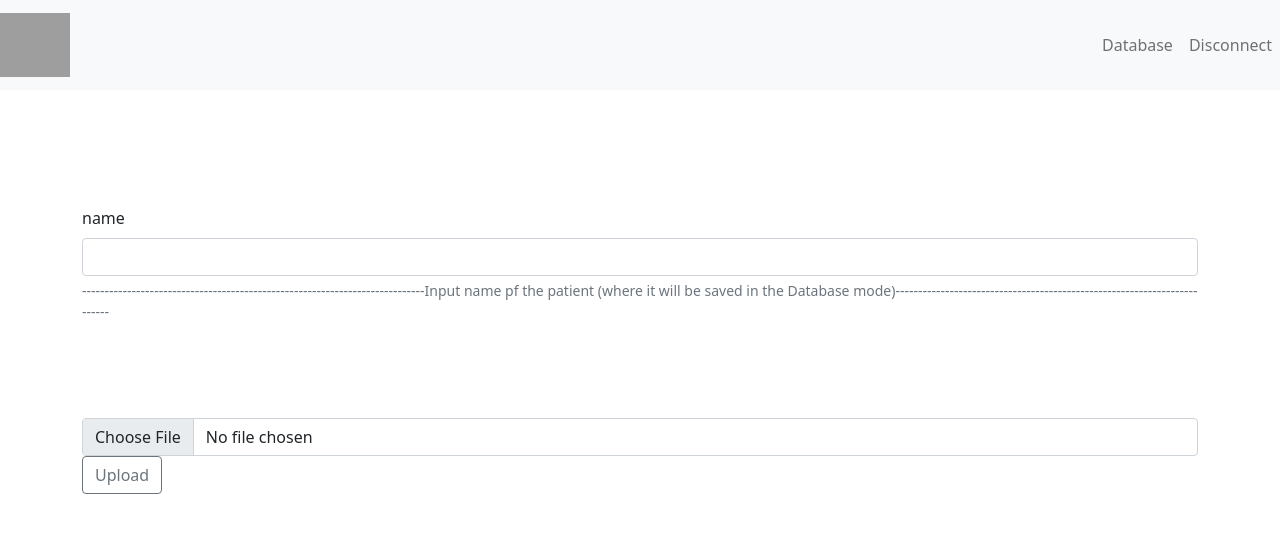
Repository: chadhaammar/Flask-app
Page: templates/index.html
The author's editor kept a copy of each file at every save. The page is drawn from the files as they stood at one save, then again after the next save.
The browser window is 1280 px wide. The pictures show the whole page.
Pictures or frames that could not be fetched are drawn as grey boxes. Some web fonts or font styles are not loaded; a fallback is used. The template is drawn by Flask 3. The application's start-up code is not run. Other server files are loaded and not shown. The template is opened directly, without the code that normally fills it, so the values that code supplies are empty.

Above is the page before, as saved 2023-05-28 00:40:39.

### templates/index.html
{% extends 'layout.html' %}
{% block body %}

    <div class="container">

        <br><br>
        <div class="input-group">
            <form action="#" method="POST" enctype="multipart/form-data" style="margin-top:20px;">
                <br>
                <br>
                <label for="exampleInputEmail1" class="form-label">name </label>
                <input type="text" name="name" class="form-control"/>
                <div id="emailHelp" class="form-text">----------------------------------------------------------------------------Input name pf the patient (where it will be saved in the Database mode)-------------------------------------------------------------------------</div>
                <br>
                <br>
                <br>
                <br>
                <input type="file" class="form-control" name="image_name" required>
                <input type="submit" value="Upload" class="btn btn-outline-secondary">

            </form>
        </div>
    </div>

    {% if upload %}
        <style>
        #customers {
          font-family: Arial, Helvetica, sans-serif;
          border-collapse: collapse;
          width: 100%;
        }

        #customers td, #customers th {
          border: 1px solid #ddd;
          padding: 8px;
        }

        #customers tr:nth-child(even){background-color: #f2f2f2;}

        #customers tr:hover {background-color: #ddd;}
        table, td, th {
  border: 1px solid black;
}

        table {
  border-collapse: collapse;
  width: 100%;
}

        td {
  text-align: center;
}
        #customers th {
          padding-top: 12px;
          padding-bottom: 12px;
          text-align: left;
          background-color: #04AA6D;
          color: white;
        }
        </style>
        <div class="container">
            <br><br>
            <table>
                <tr>
                    <td>
                        height="500">
                    </td>
                </tr>

            </table>
            <br>
            <table id="customers">
                <tr width="50"
                height="50">

                    <th>Result</th>
                </tr>
                <tr width="50"
                height="50">
                    <td >
                        <h1 class="display-8"> {{ text }}</h1>
                    </td>

                </tr>
            </table>

        </div>


    {% endif %}


{% endblock  %}

### templates/layout.html
<!DOCTYPE html>
<html lang="en">
<head>
    <meta charset="UTF-8">
    <meta http-equiv="X-UA-Compatible" content="IE=edge">
    <meta name="viewport" content="width=device-width, initial-scale=1.0">
    <title>ATMS LAB RESEARCH UNIT</title>
    <link href="https://cdn.jsdelivr.net/npm/bootstrap@5.1.3/dist/css/bootstrap.min.css" rel="stylesheet"
        integrity="sha384-1BmE4kWBq78iYhFldvKuhfTAU6auU8tT94WrHftjDbrCEXSU1oBoqyl2QvZ6jIW3" crossorigin="anonymous">
    <script src="https://cdn.jsdelivr.net/npm/bootstrap@5.0.0-beta3/dist/js/bootstrap.bundle.min.js" integrity="sha384-JEW9xMcG8R+pH31jmWH6WWP0WintQrMb4s7ZOdauHnUtxwoG2vI5DkLtS3qm9Ekf" crossorigin="anonymous"></script>
    <link rel="preconnect" href="https://fonts.googleapis.com">
    <link rel="preconnect" href="https://fonts.gstatic.com" crossorigin>
    <link href="https://fonts.googleapis.com/css2?family=Titillium+Web&display=swap" rel="stylesheet">
    <link href="http://fonts.cdnfonts.com/css/fe-font" rel="stylesheet">
</head>
<body>
    <!-- Navigation bar -->
    <!-- ------------------------------- navbar -------------------------------- -->
    <nav class="navbar navbar-expand-lg navbar-light bg-light">
        <a class="navbar-brand" href="/">
            <img src="static/logoatms.jpg" alt="LOGO" width="70" height="64" class="d-inline-block align-top">
            <span class="hidden"> </span> <!-- hidden -->
        </a>



        <div class="collapse navbar-collapse" id="toggleMobileMenu">
            <ul class="navbar-nav ms-auto text-center">
                <li class="nav-item">
                    <a class="nav-link" href="register">Database</a>
                </li>
                <li class="nav-item">
                    <a class="nav-link" href="/">Disconnect</a>
                </li>
            </ul>
        </div>
    </nav>

    {% block body %}


    {% endblock  %}

    <!-- ------------------------------- STYLE SCRIPTS ------------------------------- -->

    <script src="https://cdn.jsdelivr.net/npm/bootstrap@5.1.3/dist/js/bootstrap.bundle.min.js" integrity="sha384-ka7Sk0Gln4gmtz2MlQnikT1wXgYsOg+OMhuP+IlRH9sENBO0LRn5q+8nbTov4+1p" crossorigin="anonymous"></script>
    <script src="https://cdn.jsdelivr.net/npm/popper.js@1.16.0/dist/umd/popper.min.js" integrity="sha384-Q6E9RHvbIyZFJoft+2mJbHaEWldlvI9IOYy5n3zV9zzTtmI3UksdQRVvoxMfooAo" crossorigin="anonymous"></script>

    <!-- OLD -->
    <!-- <script src="//ajax.googleapis.com/ajax/libs/jquery/1.9.1/jquery.min.js"></script> --> <!-- Outdated | Placed on index -->
    <!-- <script src="https://cdn.jsdelivr.net/npm/bootstrap@4.0.0/dist/js/bootstrap.min.js" integrity="sha384-JZR6Spejh4U02d8jOt6vLEHfe/JQGiRRSQQxSfFWpi1MquVdAyjUar5+76PVCmYl" crossorigin="anonymous"></script> --> <!-- Outdated -->
    <!-- <script src="https://cdn.jsdelivr.net/npm/popper.js@1.12.9/dist/umd/popper.min.js" integrity="sha384-ApNbgh9B+Y1QKtv3Rn7W3mgPxhU9K/ScQsAP7hUibX39j7fakFPskvXusvfa0b4Q" crossorigin="anonymous"></script> --> <!-- Old popper-->


</body>
</html>

After the next save:
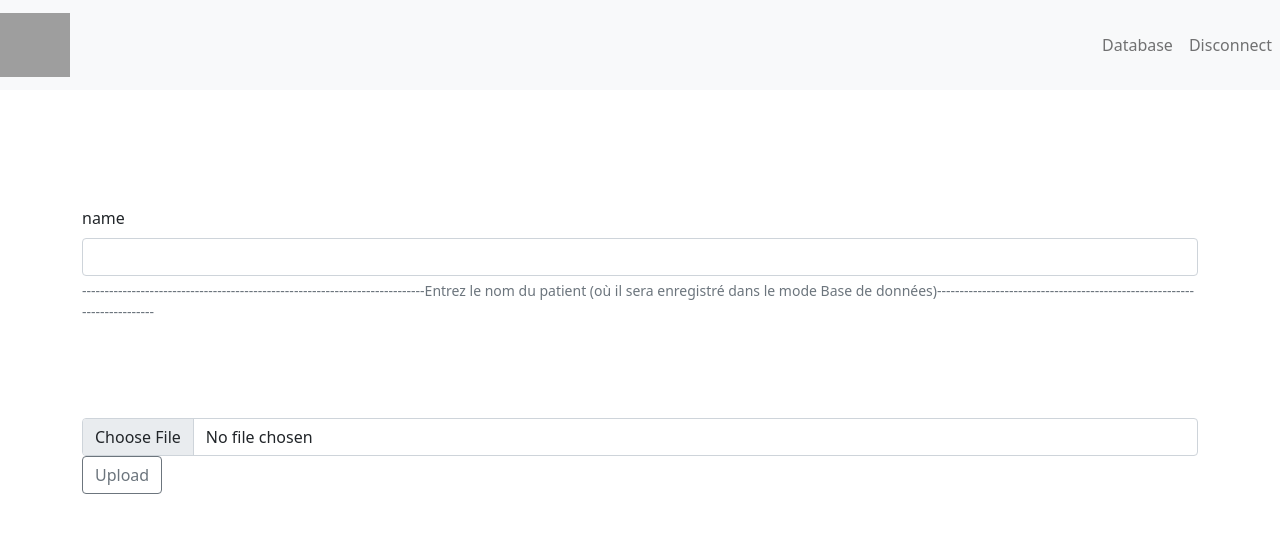
Saved 61 s later.
--- a/templates/index.html
+++ b/templates/index.html
@@ -10,7 +10,7 @@
                 <br>
                 <label for="exampleInputEmail1" class="form-label">name </label>
                 <input type="text" name="name" class="form-control"/>
-                <div id="emailHelp" class="form-text">----------------------------------------------------------------------------Input name pf the patient (where it will be saved in the Database mode)-------------------------------------------------------------------------</div>
+                <div id="emailHelp" class="form-text">----------------------------------------------------------------------------Entrez le nom du patient (où il sera enregistré dans le mode Base de données)-------------------------------------------------------------------------</div>
                 <br>
                 <br>
                 <br>
